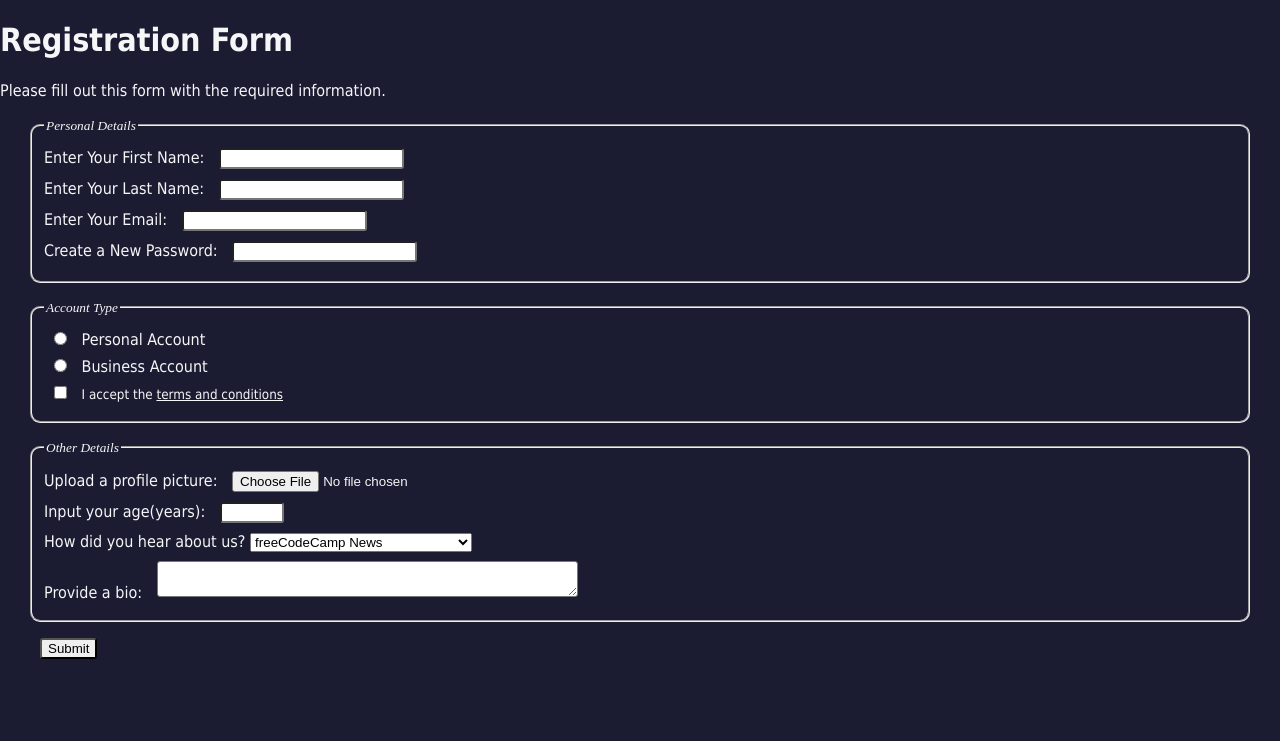
Repository: Lungdjos/registration_form
Page: index.html
An editor plug-in stored every save of this project. The page is shown before and after the next save, followed by the edit.
The browser window is 1280 px wide. The pictures show the whole page.

Above is the page before, as saved 2023-09-28 18:01:16.

### index.html
<!DOCTYPE html>
<html lang="en">

<head>
    <meta charset="UTF-8">
    <meta name="viewport" content="width=device-width, initial-scale=1.0">
    <title>Registration Form</title>
    <link rel="stylesheet" href="indexStyles.css">
</head>

<body>
    <h1>Registration Form</h1>
    <p>Please fill out this form with the required information.</p>
    <form action="https://register-demo.freecodecamp.org" method="post">
        <fieldset>
            <legend> <small>Personal Details</small> </legend>
            <label for="first-name">Enter Your First Name: <input type="text" id="first-name" name="first-name" required> </label>
            <label for="last-name">Enter Your Last Name: <input type="text" id="last-name" name="last-name" required> </label>
            <label for="email">Enter Your Email: <input type="email" id="email" name="email" required> </label>
            <label for="new-password">Create a New Password: <input type="password" name="password" id="new-password" pattern="[A-Za-z0-9]{8,}" minlength="8" required> </label>
        </fieldset>
        <fieldset>
            <legend> <small>Account Type</small></legend>
            <label for="personal-account"> <input type="radio" name="account-type" id="personal-account"> Personal Account</label>
            <label for="business-account"> <input type="radio" name="account-type" id="business-account"> Business Account</label>
            <label for="terms-and-conditions"> <input type="checkbox" name="ts-and-cs" id="terms-and-conditions" required> <small>I accept the <a href="https://www.freecodecamp.org/news/terms-of-service/">terms and conditions</a> </small> </label>
        </fieldset>
        <fieldset>
            <legend> <small>Other Details</small></legend>
            <label for="profile-pic">Upload a profile picture: <input type="file" name="profile-piture" id="profile-pic"></label>
            <label for="age">Input your age(years): <input type="number" name="age" id="age" min="13" max="100"> </label>

            <label for="referrer"> How did you hear about us?
                <select name="referrer" id="referrer">
                    <option value="">(select one)</option>
                    <option value="1" selected name="news">freeCodeCamp News</option>
                    <option value="2" name="youtube" >freeCodeCamp YouTube Channel</option>
                    <option value="3" name="forum" >freeCodeCamp Forum</option>
                    <option value="4" name="other" >Other</option>
                </select>
            </label>
            <label for="bio">Provide a bio:
                <textarea name="biography" id="bio" cols="50" rows="2" placeholder="I like coding on the beach..." >
                </textarea>
            </label>
        </fieldset>

        <input type="submit" value="Submit" name="submit" id="">
    </form>
</body>

</html>

### indexStyles.css
/* CSS for the Registration Form */

body {
    width: 100%;
    height: 100vh;
    /* will need to set the value to */
    margin: auto;
    background-color: #1b1b32;
    color: #f5f6f7;
    font-size: 16px;
    font-family: Tahoma;
}

label {
    display: block;
    margin: .5rem 0;
}

a {
    color: #f5f6f7;
}

form {
    margin: 0px 30px 0px 30px;
}

fieldset {
    margin: 15px 0px 15px 0px;
    border-radius: 10px;
}

input,
textarea {
    margin: 1px 10px 1px 10px;
    border-radius: 3px;
}

legend {
    font-style: italic;
    font-family: 'Times New Roman', Times, serif;
}

h1,
p {
    marg: 1em auto;
}

After the next save:
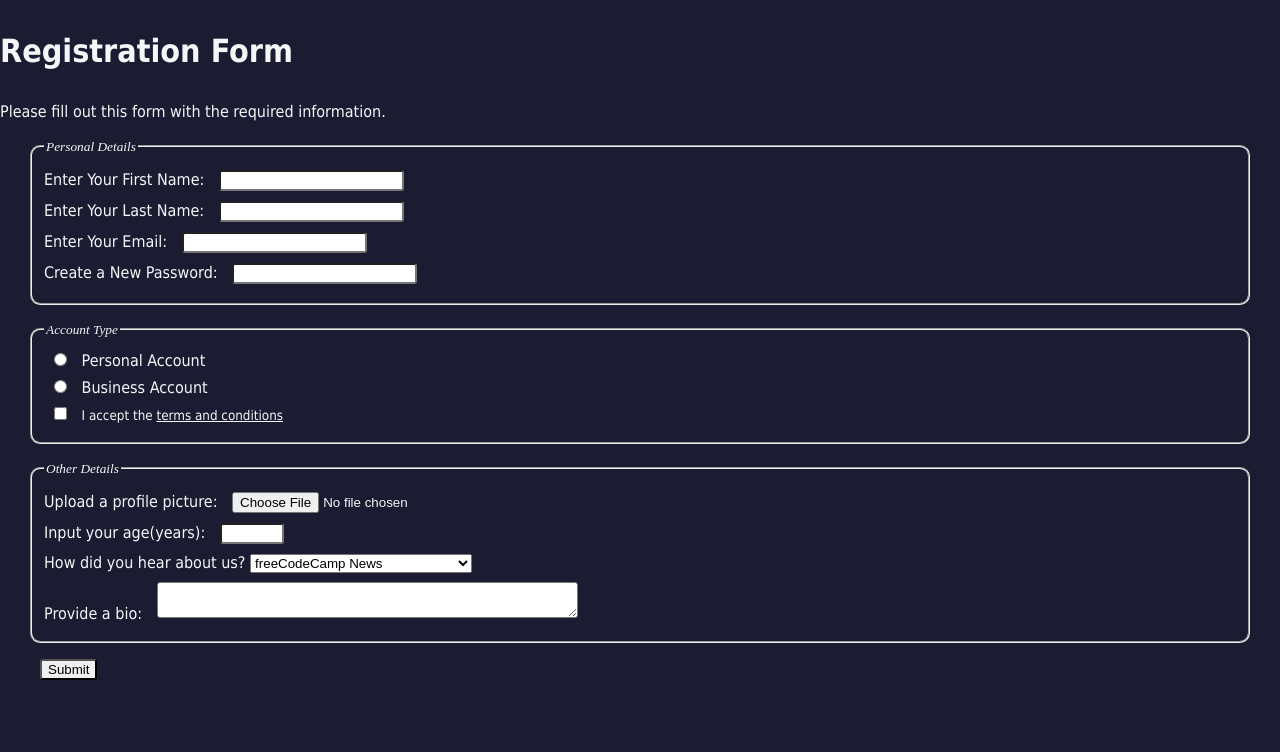
Saved 8 s later.
--- a/indexStyles.css
+++ b/indexStyles.css
@@ -42,5 +42,5 @@ legend {
 
 h1,
 p {
-    marg: 1em auto;
+    margin: 1em auto;
 }
